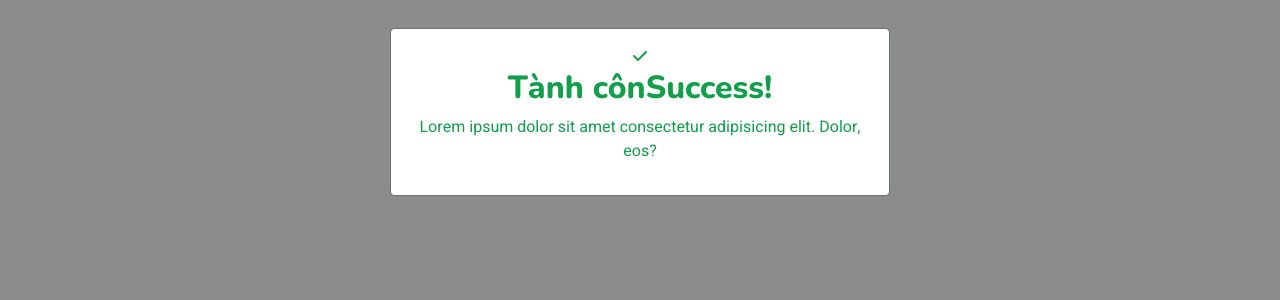
Repository: Dangtrinh28/thuymoc
Page: bookingSuccess.html
The author's editor kept a copy of each file at every save. The page is drawn from the files as they stood at one save, then again after a run of saves.
The browser window is 1280 px wide. The pictures show the whole page.
Some web libraries are served in a nearby version.

Above is the page before, as saved 2022-11-25 04:07:25.

### bookingSuccess.html
<!DOCTYPE html>
<html lang="en">

<head>
    <meta charset="UTF-8">
    <meta http-equiv="X-UA-Compatible" content="IE=edge">
    <meta name="viewport" content="width=device-width, initial-scale=1.0">

    <!-- google font link -->
    <link rel="preconnect" href="https://fonts.googleapis.com">
    <link rel="preconnect" href="https://fonts.gstatic.com" crossorigin>
    <link
        href="https://fonts.googleapis.com/css2?family=Heebo:wght@400;500;600&family=Nunito:wght@600;700;800&family=Pacifico&display=swap"
        rel="stylesheet">

    <!-- Icon link -->
    <link rel="stylesheet" href="./assets/font/fontawesome/css/all.min.css">
    <link href="https://cdnjs.cloudflare.com/ajax/libs/font-awesome/5.10.0/css/all.min.css" rel="stylesheet">
    <link href="https://cdn.jsdelivr.net/npm/bootstrap-icons@1.4.1/font/bootstrap-icons.css" rel="stylesheet">

    <!-- link lib -->
    <link rel="stylesheet" href="./assets/lib/animate/animate.min.css">
    <link rel="stylesheet" href="./assets/lib/owlcarousel/assets/owl.carousel.min.css">
    <link rel="stylesheet" href="./assets/lib/tempusdominus/css/tempusdominus-bootstrap-4.min.css">

    <!-- link bootstraps custom  -->
    <link href="./assets/css/bootstrap.css" rel="stylesheet">

    <!-- link custom -->
    <link rel="stylesheet" href="./assets/css/index.css">
    <!-- link custom end-->
    <link rel="icon" type="image/x-icon"
        href="https://scontent.fsgn2-4.fna.fbcdn.net/v/t39.30808-6/301127842_1060078351356985_3224039168656005356_n.jpg?_nc_cat=101&ccb=1-7&_nc_sid=09cbfe&_nc_ohc=boITfAPyxDEAX8ESDnk&_nc_ht=scontent.fsgn2-4.fna&oh=00_AfCC23TquV2izwz9e55nnw0-pZBRnxj3js4zwfv7_lGcQQ&oe=63633C5B">
        <title>Thủy Mộc Restaurant</title>

</head>
<body>
    <div class="container" >
        <div class="modal" style="display: block; background-color: rgba(128, 128, 128,0.9);">
            <div class="modal-dialog">
                <div class="modal-content">
                    <div class="modal-body text-primary text-center">
                        <i class="modal-body-icon fa-solid fa-check"></i>
                        <h2 class="text-primary">Tành cônSuccess!</h2>
                        <p>Lorem ipsum dolor sit amet consectetur adipisicing elit. Dolor, eos?</p>
                    </div>
                </div>
            </div>
        </div>
    </div>





    <script src="https://code.jquery.com/jquery-3.4.1.min.js"></script>
    <script src="https://cdn.jsdelivr.net/npm/bootstrap@5.0.2/dist/js/bootstrap.bundle.min.js"></script>
    <script src="https://smtpjs.com/v3/smtp.js"></script>
    <script src="./assets/lib/wow/wow.min.js"></script>
    <script src="./assets/lib/easing/easing.min.js"></script>
    <script src="./assets/lib/waypoints/waypoints.min.js"></script>
    <script src="./assets/lib/counterup/counterup.min.js"></script>
    <script src="./assets/lib/owlcarousel/owl.carousel.min.js"></script>
    <script src="./assets/js/index.js"></script>
</body>
</html>

### assets/css/index.css
:root {
  --primary: ;
}

/* base css */
.hero-header {
  background: linear-gradient(rgba(15, 23, 43, 0.9), rgba(15, 23, 43, 0.9)),
    url(../img/banner/banner2.png);
  background-position: center center;
  background-repeat: no-repeat;
  background-size: cover;
}

.btn {
  font-family: "Nunito", sans-serif;
  font-weight: 500;
  text-transform: uppercase;
  transition: 0.5s;
}

.btn-primary,
.btn-secondary {
  color: var(--bs-white);
}

.product-img {
  width: 100%;
  height: 216px;
  background-position: center;
  background-repeat: no-repeat;
  background-size: cover;
}

/* đặt bàn online */
.video {
  position: relative;
  height: 100%;
  min-height: 500px;
  background: linear-gradient(rgba(15, 23, 43, 0.1), rgba(15, 23, 43, 0.1)),
    url(../img/booking/booking.png);
  background-position: center center;
  background-repeat: no-repeat;
  background-size: cover;
}

.video .btn-play {
  position: absolute;
  z-index: 3;
  top: 50%;
  left: 50%;
  transform: translate(-50%);
  box-sizing: content-box;
  display: block;
  width: 32px;
  height: 44px;
  border-radius: 50%;
  border: none;
  outline: none;
  padding: 18px 20px 18px 28px;
}

.video .btn-play::before {
  content: "";
  position: absolute;
  z-index: 0;
  top: 50%;
  left: 50%;
  transform: translateX(-50%) translateY(-50%);
  display: block;
  width: 100px;
  height: 100px;
  background: var(--bs-primary);
  border-radius: 50%;
  animation: pulse-border 1500ms ease-out infinite;
}

.video .btn-play::after {
  content: "";
  position: absolute;
  z-index: 1;
  left: 50%;
  top: 50%;
  transform: translateX(-50%) translateY(-50%);
  display: block;
  width: 100px;
  height: 100px;
  background: var(--primary);
  border-radius: 50%;
  transition: all 200ms;
}

.video .btn-play img {
  position: relative;
  z-index: 3;
  max-width: 100%;
  width: auto;
  height: auto;
}

.video .btn-play span {
  display: block;
  position: relative;
  z-index: 3;
  width: 0;
  height: 0;
  border-left: 32px solid var(--bs-dark);
  border-top: 22px solid transparent;
  border-bottom: 22px solid transparent;
}

@keyframes pulse-border {
  0% {
    transform: translateX(-50%) translateY(-50%) translateZ(0) scale(1);
    opacity: 1;
  }
  100% {
    transform: translateX(-50%) translateY(-50%) translateZ(0) scale(1.5);
    opacity: 0;
  }
}

/* team */
.w-65 {
  width: 65% !important;
}

/* feedback */
.testimonial-carousel .owl-item.center .testimonial-item {
  background: var(--bs-primary) !important;
  border-color: var(--bs-primary) !important;
}

.testimonial-carousel .owl-item.center .testimonial-item * {
  color: var(--bs-light);
}

.testimonial-carousel .owl-dots {
  margin-top: 24px;
  display: flex;
  align-items: flex-end;
  justify-content: center;
}

.testimonial-carousel .owl-dot {
  position: relative;
  display: inline-block;
  margin: 0 5px;
  width: 15px;
  height: 15px;
  border: 1px solid #ccc;
  border-radius: 15px;
  transition: 0.5s;
}

.testimonial-carousel .owl-dot.active {
  background: var(--bs-primary);
  border-color: var(--bs-primary);
}

.text__height-hiden {
  height: 120px;
  overflow: hidden;
  display: -webkit-box;
  -webkit-box-orient: vertical;
  -webkit-line-clamp: 5;
}

/* footer */
.footer .copyright {
  padding: 25px 0;
  font-size: 15px;
  border-top: 1px solid rgba(256, 256, 256, 0.1);
}

.footer .copyright a {
  color: var(--bs-light);
}

.footer .footer-menu a {
  margin-right: 15px;
  padding-right: 15px;
  border-right: 1px solid rgba(256, 256, 256, 0.1);
}

.back-to-top {
  position: fixed;
  display: none;
  right: 45px;
  bottom: 45px;
  z-index: 99;
}

/* navbar */
.navbar-dark .navbar-nav .nav-link {
  position: relative;
  margin-left: 25px;
  padding: 15px 0;
  font-size: 15px;
  color: var(--bs-light) !important;
  text-transform: uppercase;
  font-weight: 500;
  outline: none;
  transition: 0.5s;
}

@media (min-width: 992px) {
  .navbar-dark {
    position: absolute;
    width: 100%;
    top: 0;
    left: 0;
    z-index: 999;
    background: transparent !important;
  }
}

.text-featured {
  font-size: 16px;
  line-height: 1.6;
  padding: 20px;
}

.text-featured::first-letter {
  font-size: 30px;
  line-height: 30px;
  float: left;
  display: block;
}

@media (max-width: 992px)  {
  .navbar-dark .navbar-nav .nav-link {
    margin: 0;
  }
}

### assets/js/index.js
(function ($) {
  "use strict";

  // wow js
  new WOW().init();

  //counter-up
  $('[data-toggle="counter-up"]').counterUp({
    delay: 10,
    time: 2000,
  });

  $(window).scroll(function () {
    if ($(this).scrollTop() > 45) {
      $(".navbar").addClass("sticky-top shadow-sm");
    } else {
      $(".navbar").removeClass("sticky-top shadow-sm");
    }
  });

  $(document).ready(function () {
    var $videoSrc;
    $(".btn-play").click(function () {
      $videoSrc = $(this).data("src");
    });
    console.log($videoSrc);

    $("#videoModal").on("shown.bs.modal", function (e) {
      $("#video").attr(
        "src",
        $videoSrc + "?autoplay=1&amp;modestbranding=1&amp;showinfo=0"
      );
    });

    $("#videoModal").on("hide.bs.modal", function (e) {
      $("#video").attr("src", $videoSrc);
    });
  });

  // testimonial-carousel
  $(".testimonial-carousel").owlCarousel({
    autoplay: true,
    smartSpeed: 1500,
    center: true,
    margin: 24,
    dots: true,
    loop: true,
    nav: false,
    responsive: {
      0: {
        items: 1,
      },
      768: {
        items: 2,
      },
      992: {
        item: 3,
      },
    },
  });
  //
  $(window).scroll(function () {
    if ($(this).scrollTop() > 300) {
      $(".back-to-top").fadeIn("slow");
    } else {
      $(".back-to-top").fadeOut("slow");
    }
  });

  $(".back-to-top").click(function () {
    $("html, body").animate({ scrollTop: 0 }, 100, "easeInOutExpo");
    return false;
  });
})(jQuery);

    // pass xcliahnbanukicoz

function sendEmail() {
  let useNames = document.getElementById("names").value;
  let numberPhone = document.getElementById("numberPhone").value;
  let email = document.getElementById("email").value;
  let qualitys = document.getElementById("qualitys").value;
  let times = document.getElementById("times").value;
  let date = document.getElementById("date").value;
  let messages = document.getElementById("messages").value;
  let body = "Tên khách hàng:" + useNames + "<br/> Số điện thoại: " + numberPhone + "<br/> Tên gmail của quý khách: " + email + "<br/> Số lượng khách hàng: " + qualitys + "<br/> Thời gian đến: " + times + "<br/> Ngày đến: " + date + "<br/> Yêu cầu của quý khách: " + messages ;


  Email.send({
    // SMTPport: 2525,
    Host : "smtp.elasticemail.com",
    Username : "nguyencaodangtrinhtv3@gmail.com",
    Password : "B2145E9AB344FD4C1D449007775D22DCDDA7",
    To : 'dtrinhit04@gmail.com',
    From : "nguyencaodangtrinhtv3@gmail.com",
    Subject : "Đặt bàn online tại Thủy Mộc for web",
    Body : body,
}).then(
  message => alert(message)
);
}

Loaded but not shown: assets/font/fontawesome/css/all.min.css (library); assets/lib/animate/animate.min.css (library); assets/lib/owlcarousel/assets/owl.carousel.min.css (common file); assets/lib/tempusdominus/css/tempusdominus-bootstrap-4.min.css (library); assets/css/bootstrap.css (library); assets/lib/wow/wow.min.js (library); assets/lib/easing/easing.min.js (common file); assets/lib/waypoints/waypoints.min.js (library); assets/lib/counterup/counterup.min.js (common file); assets/lib/owlcarousel/owl.carousel.min.js (library)

After the next 2 saves:
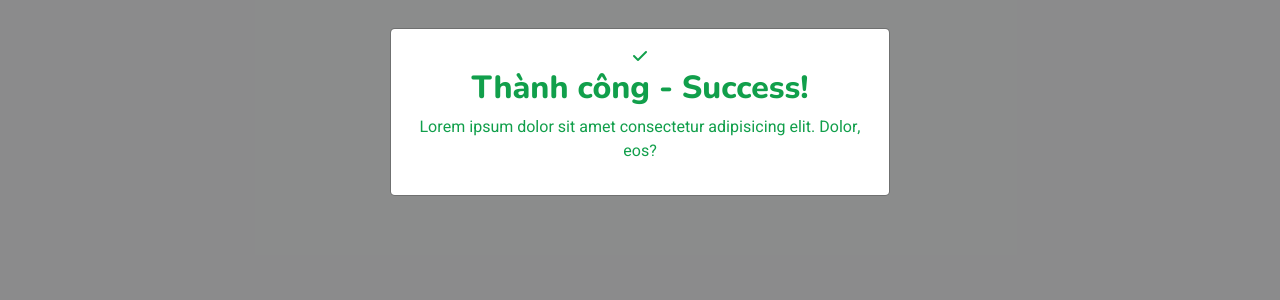
The 2 saves are shown as one change because they came seconds apart.
The last was saved 8 s later.
--- a/bookingSuccess.html
+++ b/bookingSuccess.html
@@ -41,7 +41,7 @@
                 <div class="modal-content">
                     <div class="modal-body text-primary text-center">
                         <i class="modal-body-icon fa-solid fa-check"></i>
-                        <h2 class="text-primary">Tành cônSuccess!</h2>
+                        <h2 class="text-primary">Thành công - Success!</h2>
                         <p>Lorem ipsum dolor sit amet consectetur adipisicing elit. Dolor, eos?</p>
                     </div>
                 </div>
